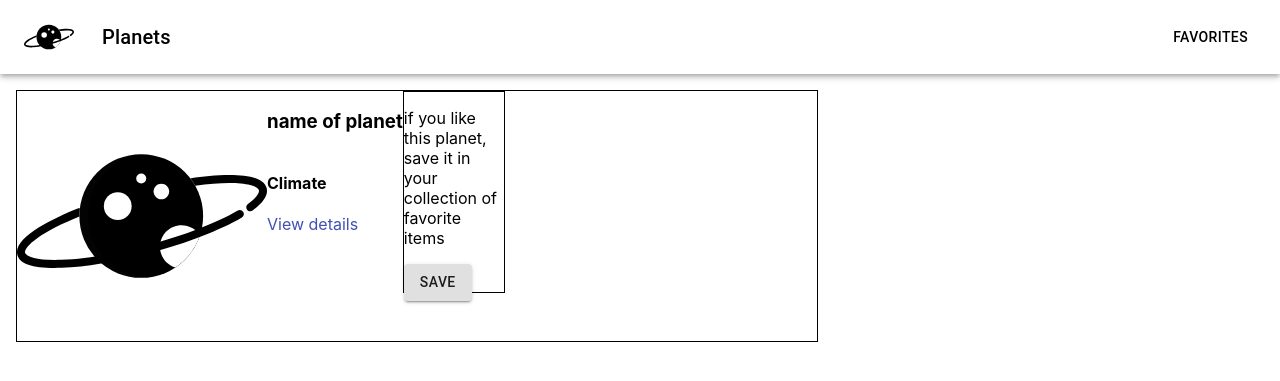
Repository: samridhie01/assignment
Page: /
An editor plug-in stored every save of this project. The page is shown before and after the next save, followed by the edit.
The browser window is 1280 px wide. The pictures show the whole page.
The page's requests for data from a server got no answer. The project was rebuilt for these pictures with package versions that can differ from the ones it lists, and the page was loaded fresh each time. No one was signed in, and anything a server would have sent is missing.

Above is the page before, as saved 2020-08-19 21:55:57.

### src/components/app/App.tsx
import React, { useEffect } from "react";
import axios, { AxiosResponse } from 'axios';
import { useStyles } from "./AppStyle";
import PropTypes from "prop-types";
import Header from "../header/Header";
import Planets from "../planets/Planets";



const App = () => {
  const classes = useStyles();

  useEffect( ()=>{
   const result = axios({
     method: 'GET',
     url: `https://swapi.dev/api/planets`
   }).then((response:AxiosResponse)=>{
    console.log( response.data.results);
   })



  })
  return (
    <>
    <Header />
    <Planets/>
    </>

  );
};
export default App;

### src/components/app/AppStyle.ts
import {makeStyles, createStyles, Theme} from '@material-ui/core/styles';



export const useStyles = makeStyles((theme: Theme) => createStyles({
  root: {
    flexGrow: 1,
  },
  menuButton: {
    marginRight: theme.spacing(2),
  },
  title: {
    flexGrow: 1,
  },

}));

### src/components/header/Header.tsx
import React from "react";
import AppBar from "@material-ui/core/AppBar";
import {Toolbar, makeStyles, createStyles, IconButton, Button,Theme} from "@material-ui/core";
import {ReactComponent as PlanetIcon} from "../../assets/planet.svg";
import Typography from "@material-ui/core/Typography";

const useStyles = makeStyles((theme: Theme) =>
  createStyles({
    root: {
      flexGrow: 1,
    },
    menuButton: {
      marginRight: theme.spacing(2),
    },
    title: {
      flexGrow: 1,
    },
    logo: {
       width: 50,
       height: 50
      },
  }),
);


const Header =  ()=>{
    const classes=useStyles();
return(
<AppBar color="inherit"  position="static">
    <Toolbar>
        <IconButton edge="start" className={classes.menuButton} color="inherit" aria-label="menu">
        <PlanetIcon className={classes.logo}/>
        </IconButton>
        <Typography variant="h6" className={classes.title}>
            Planets
        </Typography>
        <Button color="inherit">Favorites</Button>
    </Toolbar>
</AppBar>
)


}

export default Header;

### src/components/planets/Planets.tsx
import React from "react";
import { makeStyles } from "@material-ui/core/styles";
import { Box, Link, Button } from "@material-ui/core";
import { ReactComponent as PlanetIcon } from "../../assets/planet.svg";

const useStyles = makeStyles({
  flexContainer: {
    display: "flex",
    flexDirection: "row",
    justifyContent: "space-around|flex-end"
  },
  flexContainer2: {
    display: "flex",
    flexDirection: "column"
  },

  bullet: {
    display: "inline-block",
    margin: "0 2px",
    transform: "scale(0.8)"
  },
  title: {
    fontSize: 14
  },
  pos: {
    marginBottom: 12
  }
});

export default function Planets() {
  const classes = useStyles();
  const bull = <span className={classes.bullet}>•</span>;

  return (
    <Box m={2} border={1} width={800} className={classes.flexContainer}>
      <PlanetIcon />
      <div className={classes.flexContainer2}>
        <h3>name of planet</h3>
        <h4>Climate</h4>
        <Link>View details</Link>
      </div>
      <Box border={1} width={100} height={200}>
          <p>if you like this planet, save it in your collection of favorite items</p>
          <Button variant="contained" >Save</Button>
      </Box>
    </Box>
  );
}

Loaded but not shown: public/index.html (common file); src/index.tsx (common file); src/index.css (common file); src/serviceWorker.ts (common file)

After the next save:
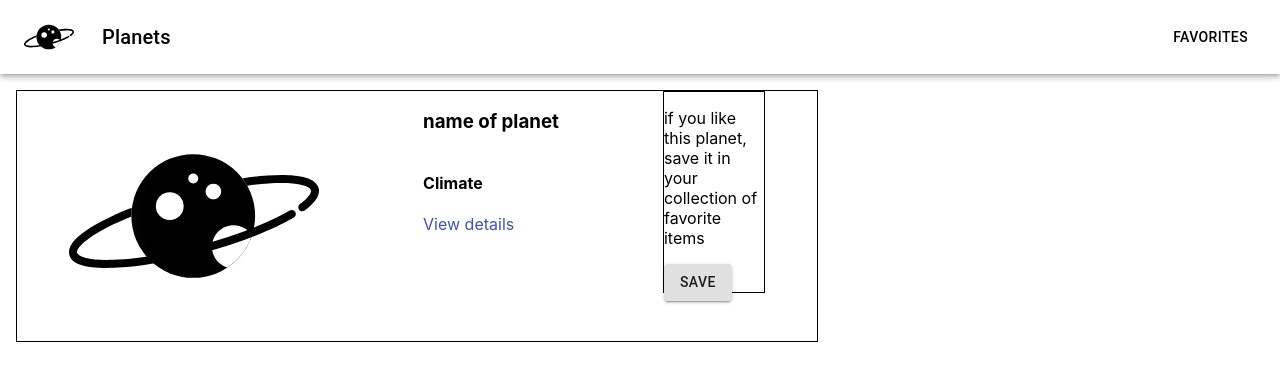
Saved 53 s later.
--- a/src/components/planets/Planets.tsx
+++ b/src/components/planets/Planets.tsx
@@ -7,7 +7,7 @@ const useStyles = makeStyles({
   flexContainer: {
     display: "flex",
     flexDirection: "row",
-    justifyContent: "space-around|flex-end"
+    justifyContent: "space-around"
   },
   flexContainer2: {
     display: "flex",
